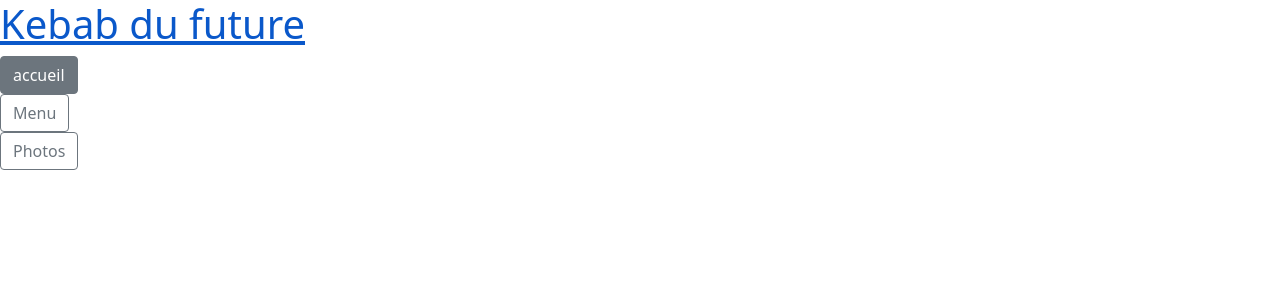
Repository: phbord/THP-js-exercices-manipulation-DOM
Page: index.html
The author's editor kept a copy of each file at every save. The page is drawn from the files as they stood at one save, then again after the next save.
The browser window is 1280 px wide. The pictures show the whole page.

Above is the page before, as saved 2021-07-19 10:57:54.

### index.html
<!DOCTYPE HTML>
<html lang="fr">
    <head>
        <title></title>
        <meta charset="utf-8">
        <link href="https://cdn.jsdelivr.net/npm/bootstrap@5.0.2/dist/css/bootstrap.min.css"
                rel="stylesheet"
                integrity="sha384-EVSTQN3/azprG1Anm3QDgpJLIm9Nao0Yz1ztcQTwFspd3yD65VohhpuuCOmLASjC"
                crossorigin="anonymous">
        <link rel="stylesheet" href="./styles/main.css">
    </head>
    <body>
        <!-- HEADER -->
        <header>
            <nav c>
                <a class="" href="#">
                    <h1>Kebab du future</h1>
                </a>
                <ul class="">
                    <li class="me-2">
                        <a class="btn btn-secondary" href="#">accueil</a>
                    </li>
                    <li class="me-2">
                        <a class="btn btn-outline-secondary" href="#">Menu</a>
                    </li>
                    <li>
                        <a class="btn btn-outline-secondary" href="#">Photos</a>
                    </li>
                </ul>
            </nav>
        </header>

        <!-- ACCUEIL -->

        <!-- MENU -->

        <!-- PHOTOS -->


        <!-- SCRIPTS -->
        <script src="./scripts/main.js"></script>
    </body>
</html>

### styles/main.css
ul,li {
    margin: 0;
    padding: 0;
    list-style: none;
}

Loaded but not shown: scripts/main.js (no copy from this time; the picture is the same without it)

After the next save:
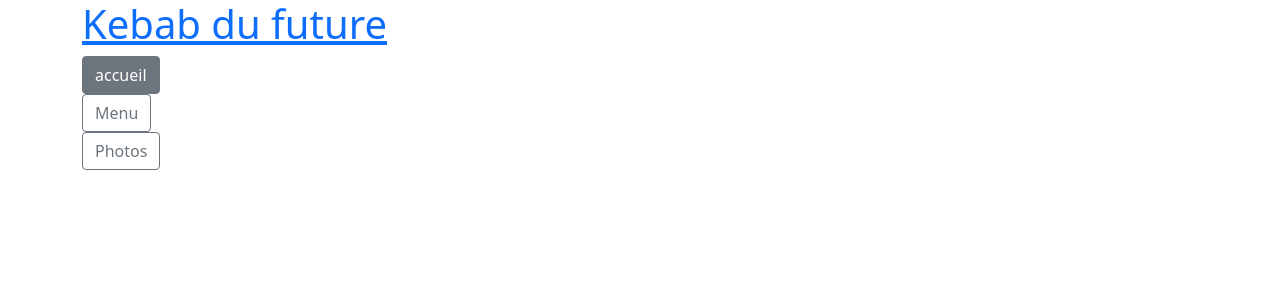
Saved 5 s later.
--- a/index.html
+++ b/index.html
@@ -12,7 +12,7 @@
     <body>
         <!-- HEADER -->
         <header>
-            <nav c>
+            <nav class="container">
                 <a class="" href="#">
                     <h1>Kebab du future</h1>
                 </a>
